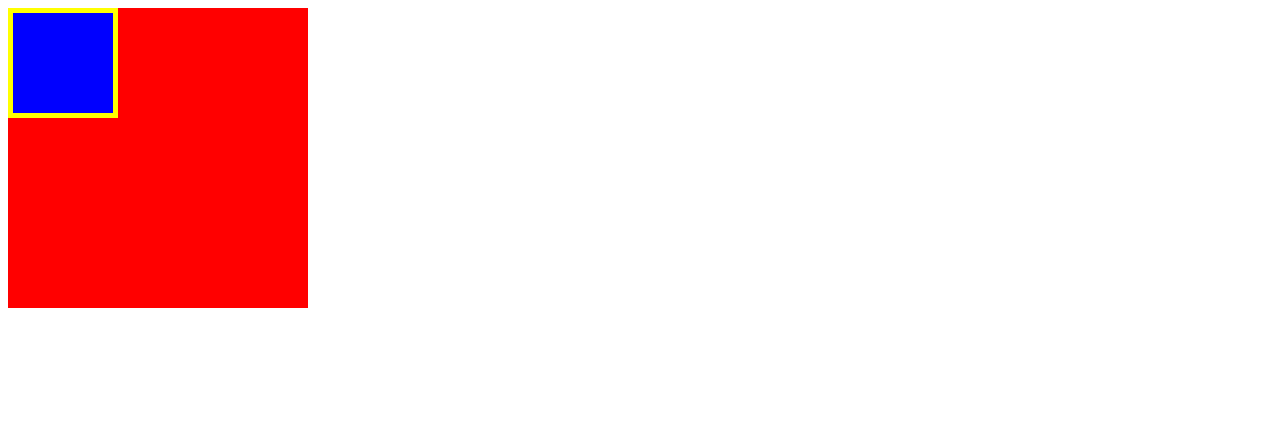
Repository: chihuyu3369/curriculum
Page: box/box.html
The author's editor kept a record of every edit. The page is drawn from the files as they stood at one moment, then again after the next edit.
The browser window is 1280 px wide. The pictures show the whole page.

Above is the page before.

### box/box.html
<!DOCTYPE html>
<html lang="ja">
  <head>
    <meta charset="UTF-8" />
    <!-- CSSファイルの読み込み -->
    <link rel="stylesheet" href="box.css" />
    <title>BOX</title>
  </head>

  <body>
     <!-- box1用のdiv -->
    <div class="box1">
     <div class="box2"></div>
     </div>
    </body>
  </html>

### box/box.css
  .box1 {
  width: 300px;
  height: 300px;
  background-color: red;
}
.box2 {
  width: 100px;
  height: 100px;
  background-color: blue;
    /* 指定方法（box2の周囲すべてに枠線を設定する場合） */
  border: 5px solid yellow;
  }

After the next edit:
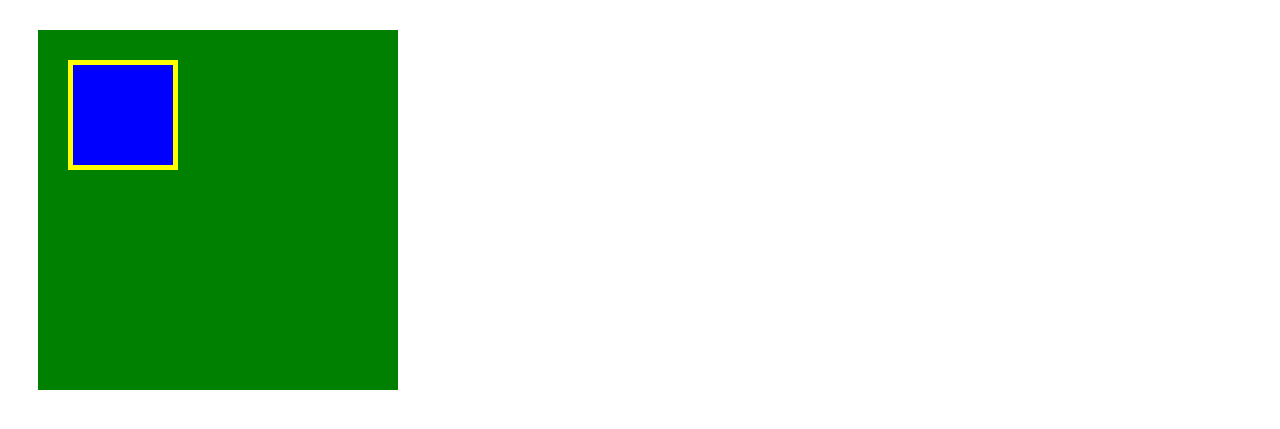
The edit:
--- a/box/box.css
+++ b/box/box.css
@@ -1,7 +1,9 @@
   .box1 {
   width: 300px;
   height: 300px;
-  background-color: red;
+  background-color: green;
+    margin: 30px;
+  padding: 30px;
 }
 .box2 {
   width: 100px;
